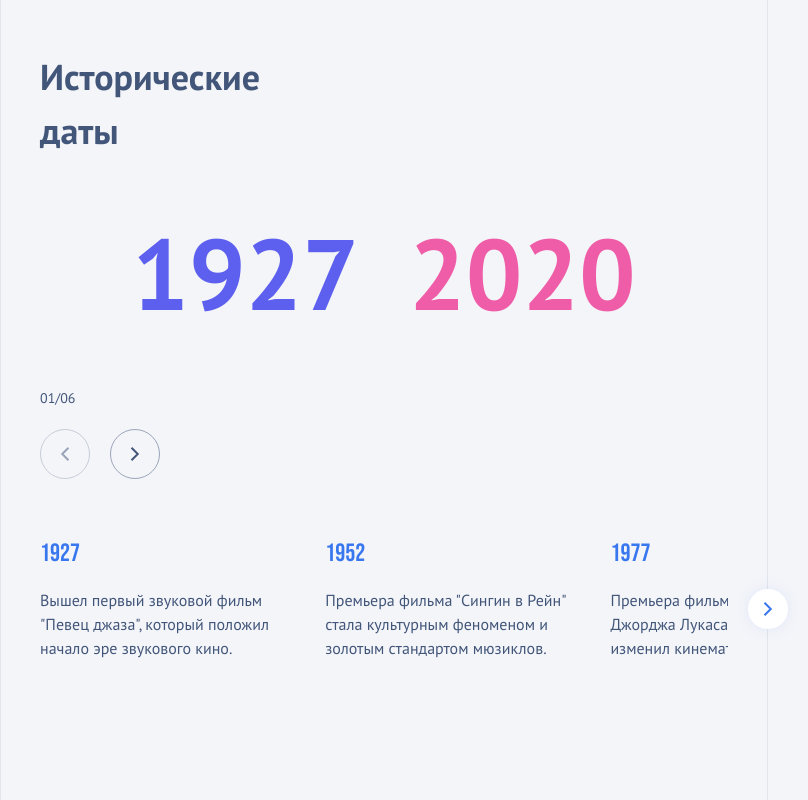
Repository: LenarTulupov/only
Page: /
These files come from the project's save history. The page is drawn as it stood at one moment and after the next save; the edit follows.
The browser window is 768 px wide. The page is 788 px wide, then 808 px, then 788 px, so the pictures cover 808 px, including what lies to the right of the window. The pictures show the whole page.
The project was rebuilt for these pictures with package versions that can differ from the ones it lists, and the page was loaded fresh each time.

Above is the page before, as saved 2024-12-19 02:14:43.

### public/index.html
<!DOCTYPE html>
<html lang="en">
  <head>
    <meta charset="utf-8" />
    <link rel="icon" href="%PUBLIC_URL%/favicon.ico" />
    <meta name="viewport" content="width=device-width, initial-scale=1" />
    <meta name="theme-color" content="#000000" />
    <meta
      name="description"
      content="Web site created using create-react-app"
    />
    <link rel="apple-touch-icon" href="%PUBLIC_URL%/logo192.png" />
    <link rel="manifest" href="%PUBLIC_URL%/manifest.json" />
    <title>Only Test</title>
  </head>
  <body>
    <noscript>You need to enable JavaScript to run this app.</noscript>
    <div id="root"></div>
  </body>
</html>

### src/index.tsx
import React from 'react';
import ReactDOM from 'react-dom/client';
import Router from './router/router';
import './globals.scss'

const root = ReactDOM.createRoot(
  document.getElementById('root') as HTMLElement
);
root.render(
  <React.StrictMode>
    <Router />
  </React.StrictMode>
);

### src/router/router.tsx
import { BrowserRouter, Route, Routes } from "react-router-dom";
import HomePage from "../pages/home/page";
import PagesLayout from "../layouts/pages-layout";

export default function Router() {
  return (
    <BrowserRouter>
      <Routes>
        <Route element={<PagesLayout />}>
          <Route path="/" element={<HomePage />} />
        </Route>
      </Routes>
    </BrowserRouter>
  )
};

### src/globals.scss
@import url('https://fonts.googleapis.com/css2?family=Bebas+Neue&family=PT+Sans:wght@400;700&display=swap');

:root {
  --background-color: #F4F5F9;
  --main-color: #42567a;
  --main-color-rgba: rgba(66, 86, 122, 0.5);
  --accent-color: #5D5FEF;
  --light-accent-color: #3877EE;
  --accent-second: #EF5DA8;
  --font-main: "PT Sans", serif;
  --font-second: "Bebas Neue", serif;
  --line-height: 150%;
  --font-size-main: 56px;
  --font-size-small: 14px;
  --font-size-big: 200px;
}
body {
  margin: 0;
  padding: 0;
  background-color: var(--background-color);
  color: var(--black-color);
  font-family: var(--font-main);
  line-height: var(--line-height);
}
ul {
  padding: 0;
  margin: 0;
}

li {
  list-style-type: none;
}

a {
  color: var(--black-color);
  text-decoration: none;
}

h1 {
  margin: 0;
}

### src/pages/home/page.tsx
import Container from "../../components/ui/container/container";
import Divider from "../../components/ui/divider/divider";
import HistorySection from "./history/history";
import styles from './page.module.scss';

export default function HomePage() {
  return (
    <div className={styles['home-page']}>
      <Container>
        <div className={styles['home-page__wrapper']}>
          <Divider
            position="vertical"
            className={styles.divider_vertical}
          />
          <HistorySection />
        </div>
      </Container>
    </div>
  )
};

### src/layouts/pages-layout.tsx
import { Outlet } from 'react-router-dom';
import styles from './pages-layout.module.scss';

export default function PagesLayout() {
  return (
    <div className={styles['pages-layout']}>
      <Outlet />
    </div>
  )
};

### src/components/ui/container/container.tsx
import { ReactNode } from "react"
import styles from './container.module.scss';

interface IContainer {
  children: ReactNode;
}

export default function Container({ children }: IContainer) {
  return (
    <div className={styles.container}>
      {children}
    </div>
  )
};

### src/components/ui/divider/divider.tsx
import styles from './divider.module.scss';

interface IDivider {
  position?: 'horizontal' | 'vertical';
  className?: string;
}

export default function Divider({
  position = 'horizontal', className }: IDivider) {
  return <div className={`
    ${styles.divider}
    ${styles[`divider_${position}`]}
    ${className || ''}
  `}/>
};

### src/pages/home/history/history.tsx
import { useState } from "react";
import Title from "../../../components/ui/title/title";
import { circleItems } from "../../../constants/circle-items";
import Circle from "./circle/circle";
import styles from './history.module.scss';
import StepNavigation from "./step-navigation/step-navigation";
import ContentContainer from "../../../components/ui/content-container/content-container";
import Divider from "../../../components/ui/divider/divider";
import Dates from "./dates/dates";
import HistorySlider from "./history-slider/history-slider";

export default function HistorySection() {
  const [activeButton, setActiveButton] = useState<number>(1);
  const activeCategory = circleItems.find((item) => item.id === activeButton);
  const firstDate = activeCategory?.events[0]?.year;
  const lastDate = activeCategory?.events.at(-1)?.year;
  return (
    <section className={styles.history}>
      <Title className={styles.history__title} showBefore>
        Исторические даты
      </Title>
      <div className={styles['history__circle-wrapper']}>
        <Circle
          className={styles.history__circle}
          activeButton={activeButton}
          setActiveButton={setActiveButton}
        />
        <Divider
          position="horizontal"
          className={styles['history__line-center']}
        />
        <Dates
          className={styles.history__dates}
          firstDate={firstDate}
          lastDate={lastDate}
        />
      </div>
      <ContentContainer>
        <StepNavigation
          activeButton={activeButton}
          setActiveButton={setActiveButton}
        />
        <HistorySlider
          activeCategory={activeCategory}
        />
      </ContentContainer>
    </section>
  )
};

### src/pages/home/page.module.scss
.home-page {
  &__wrapper {
    position: relative;
    min-height: 100vh;
    .divider_vertical {
      position: absolute;
      top: 0;
      left: 50%;
      transform: translateX(-50%);
      z-index: -10;
    }
  }

  &__wrapper::before {
    content: "";
    position: absolute;
    top: 0;
    bottom: 0;
    left: 0;
    width: 1px;
    background-color: var(--main-color);
    opacity: 0.1;
  }

  &__wrapper::after {
    content: "";
    position: absolute;
    top: 0;
    bottom: 0;
    right: 0;
    width: 1px;
    background-color: var(--main-color);
    opacity: 0.1;
  }
}
@media(max-width: 768px) {
  .divider_vertical {
    display: none;
  }
}

### src/components/ui/container/container.module.scss
.container {
  max-width: 1440px;
  margin: 0 auto;
}

### src/components/ui/divider/divider.module.scss
.divider {
  background-color: var(--main-color);
  opacity: 0.1;
  &_horizontal {
    width: 100%;
    height: 1px;
  }
  &_vertical {
    width: 1px;
    height: 100%;
  }
}

### src/components/ui/title/title.tsx
import { ReactNode } from 'react';
import styles from './title.module.scss';

interface ITitle {
  children: ReactNode;
  className?: string;
  color?: 'main' | 'blue' | 'light-blue' | 'pink';
  size?: 'main' | 'small'| 'big';
  showBefore?: boolean;
}

export default function Title({
  children,
  className,
  color = 'main',
  size = 'main',
  showBefore = false }: ITitle) {
  return (
    <h1
      className={`
        ${styles.title}
        ${className || ''}
        ${styles[`title__color-${color}`]}
        ${styles[`title__size-${size}`]}
        ${showBefore ? styles['title_before'] : ''}
      `}>
      {children}
    </h1>
  )
};

### src/pages/home/history/circle/circle.tsx
import { useEffect, useRef, Dispatch, SetStateAction } from 'react';
import { gsap } from 'gsap';
import { circleItems } from '../../../../constants/circle-items';
import styles from './circle.module.scss';

interface ICircle {
  className?: string;
  activeButton: number;
  setActiveButton: Dispatch<SetStateAction<number>>;
}

export default function Circle({
  className,
  activeButton,
  setActiveButton }: ICircle) {
  const circleRef = useRef<HTMLDivElement>(null);
  const buttonsRef = useRef<HTMLDivElement[]>([]);

  const handleActiveButton = (btnId: number) => {
    setActiveButton(btnId);
  };

  useEffect(() => {
    const rotationAngle = (1 - activeButton) * 60;
    gsap.to(circleRef.current, {
      rotate: rotationAngle,
      duration: 0.5,
      ease: 'power2.out',
    });

    buttonsRef.current.forEach((btn) => {
      let buttonRotation = 0;

      switch (activeButton) {
        case 2:
          buttonRotation = 60;
          break;
        case 3:
          buttonRotation = 120;
          break;
        case 4:
          buttonRotation = 180;
          break;
        case 5:
          buttonRotation = 240;
          break;
        case 6:
          buttonRotation = 300;
          break;
        default:
          buttonRotation = 0;
          break;
      }

      gsap.to(btn, {
        rotate: buttonRotation,
        duration: 0.5,
        ease: 'power2.out',
      });
    });
  }, [activeButton]);

  return (
    <div ref={circleRef} className={`${styles.circle} ${className || ''}`}>
      {circleItems.map((item, index) => {
        const btnId = index + 1;
        return (
          <div
            key={btnId}
            ref={(el) => (buttonsRef.current[index] = el!)}
            className={`
                ${styles[`circle__btn-${btnId}`]}
                ${styles.circle__btn}
                ${activeButton === btnId ? styles.active : ''}
              `}
            onClick={() => handleActiveButton(btnId)}
          >
            {btnId}
            <span
              className={`
                  ${styles['sub-title']}
                  ${activeButton === btnId ? styles.active : ''}
                `}
            >
              {item.category}
            </span>
          </div>
        );
      })}
    </div>
  );
}

### src/pages/home/history/history.module.scss
.history {
  padding: 50px 0;
  &__title {
    padding-left: 78px;
    width: 353px;
  }
  &__circle-wrapper {
    position: relative;
  }
  &__circle {
    margin: 0 auto;
  }
  &__line-center {
    position: absolute;
    top: 50%;
    left: 0;
    transform: translateY(-50%);
    z-index: -10;
  }
}
@media (max-width: 1100px) {
  .history__dates {
    font-size: 150px;
    gap: 190px !important;
  }
}
@media (max-width: 992px) {
  .history {
    &__title {
      font-size: 46px;
      padding-left: 40px;
    }
  }
}
@media (max-width: 900px) {
  .history__dates {
    font-size: 120px;
  }
}
@media (max-width: 768px) {
  .history {
    &__title {
      font-size: 36px;
      width: 230px;
    }
    &__circle {
      display: none;
    }
    &__circle-wrapper {
      margin: 40px 0;
    }
    &__dates {
      justify-content: center;
      font-size: 100px;
      position: static !important;
      gap: 50px !important;
      transform: translate(0) !important;
      text-align: center;
    }
    &__line-center {
      display: none;
    }
  }
}
@media(max-width: 568px) {
  .history__dates {
    font-size: 80px;
  }
}

### src/pages/home/history/step-navigation/step-navigation.tsx
import { Dispatch, SetStateAction } from "react";
import NavigationButtons from "./navigation-buttons/navigation-buttons";
import SliderStep from "./slider-step/slider-step";
import styles from './step-navigation.module.scss';

interface IStepNavigation {
  className?: string;
  activeButton: number;
  setActiveButton: Dispatch<SetStateAction<number>>;
}

export default function StepNavigation({
  className,
  activeButton,
  setActiveButton }: IStepNavigation) {

    const handleNext = () => {
      setActiveButton((p) => (p < 6 ? p + 1 : 1));
    };

    const handlePrev = () => {
      setActiveButton((p) => (p > 1 ? p - 1 : 6));
    };

    return (
      <div className={`${styles['step-navigation']} ${className || ''}`}>
        <SliderStep activeButton={activeButton} />
        <NavigationButtons
          handleNext={handleNext}
          handlePrev={handlePrev}
          isBeginning={activeButton === 1}
          isEnd={activeButton === 6}
        />
      </div>
    );
};

### src/components/ui/content-container/content-container.tsx
import { ReactNode } from 'react';
import styles from './content-container.module.scss';

interface IContentContainer {
  children: ReactNode;
  className?: string;
}

export default function ContentContainer({
  children, className }: IContentContainer) {
  return (
    <div className={`${styles['content-container']} ${className || ''}`}>
      {children}
    </div>
  )
};

### src/pages/home/history/dates/dates.tsx
import { useEffect, useState } from 'react';
import Title from '../../../../components/ui/title/title';
import styles from './dates.module.scss';

interface IDates {
  className?: string;
  firstDate: string;
  lastDate: string;
}

export default function Dates({ className, firstDate, lastDate }: IDates) {
  const [currentFirstDate, setCurrentFirstDate] = useState(Number(firstDate));
  const [currentLastDate, setCurrentLastDate] = useState(Number(lastDate));

  useEffect(() => {
    const animateNumber = (
      from: number,
      to: number,
      setNumber: React.Dispatch<React.SetStateAction<number>>
    ) => {
      const stepTime = 20;
      const steps = 50;
      const delta = (to - from) / steps;

      let currentStep = 0;
      const interval = setInterval(() => {
        currentStep += 1;
        const nextValue = from + delta * currentStep;
        setNumber(Math.round(nextValue));

        if (currentStep >= steps) {
          clearInterval(interval);
          setNumber(to);
        }
      }, stepTime);
    };

    animateNumber(Number(currentFirstDate), Number(firstDate), setCurrentFirstDate);
    animateNumber(Number(currentLastDate), Number(lastDate), setCurrentLastDate);
  }, [firstDate, lastDate]);
  return (
    <div className={`${styles.dates} ${className || ''}`}>
      <Title className={className} color='blue' size='big'>{currentFirstDate}</Title>
      <Title className={className} color='pink' size='big'>{currentLastDate}</Title>
    </div>
  )
};

### src/components/ui/title/title.module.scss
.title {
  line-height: 150%;
  position: relative;
  &::before {
    content: "";
    position: absolute;
    top: 50%;
    transform: translateY(-50%);
    left: 0;
    height: 120px;
    width: 6px;
    background: linear-gradient(to bottom, var(--accent-color) 0%, var(--accent-second) 100%);
    visibility: hidden;
  }
  &.title_before::before {
    visibility: visible;
    @media(max-width: 768px) {
      visibility: hidden;
    }
  }
  &__color-main {
    color: var(--main-color);
  }

  &__color-blue {
    color: var(--accent-color);
  }
  &__color-light-blue {
    color: var(--light-accent-color);
  }

  &__color-pink {
    color: var(--accent-second);
  }

  &__size-main {
    font-size: var(--font-size-main);
  }
  &__size-small {
    font-size: var(--font-size-small);
  }

  &__size-big {
    font-size: var(--font-size-big);
  }
}

### src/pages/home/history/circle/circle.module.scss
.circle {
  position: relative;
  width: 530px;
  height: 530px;
  border: 1px solid rgba(66, 86, 122, 0.1);
  border-radius: 100%;
  display: flex;
  justify-content: center;
  align-items: center;
  transform-origin: center;
}

.circle__btn {
  position: absolute;
  display: flex;
  align-items: center;
  justify-content: center;
  width: 6px;
  height: 6px;
  border: none;
  background-color: var(--main-color);
  border-radius: 100%;
  color: var(--main-color);
  line-height: 30px;
  font-size: 0;
  cursor: pointer;
  transition: width 0.3s ease-in-out, height 0.3s ease-in-out, font-size 0.3s ease-in-out;
}

.circle__btn::before {
  content: "";
  position: absolute;
  top: 50%;
  left: 50%;
  transform: translate(-50%, -50%);
  width: 25px;
  height: 25px;
  border-radius: 100%;
  background: transparent;
}

.sub-title {
  position: absolute;
  top: 50%;
  left: 0;
  transform: translateY(-50%);
  margin-left: 76px;
  font-weight: bold;
  opacity: 0;
  transition: opacity 0.3s ease-in-out;
}

.sub-title.active {
  opacity: 1;
}

.circle__btn:hover,
.circle__btn.active {
  width: 56px;
  height: 56px;
  font-size: 16px;
  background-color: #f4f5f9;
  outline: 1px solid rgba(48, 62, 88, 0.5);
}

.circle__btn-1 {
  transform: rotate(300deg) translateX(265px) rotate(-300deg);
}
.circle__btn-2 {
  transform: rotate(0deg) translateX(265px) rotate(0deg);
}
.circle__btn-3 {
  transform: rotate(60deg) translateX(265px) rotate(-60deg);
}
.circle__btn-4 {
  transform: rotate(120deg) translateX(265px) rotate(-120deg);
}
.circle__btn-5 {
  transform: rotate(180deg) translateX(265px) rotate(-180deg);
}
.circle__btn-6 {
  transform: rotate(240deg) translateX(265px) rotate(-240deg);
}

### src/pages/home/history/step-navigation/navigation-buttons/navigation-buttons.tsx
import ArrowButton from '../../../../../components/ui/arrow-button/arrow-button';
import styles from './navigation-buttons.module.scss';

interface INavigationButtons {
  handleNext: () => void;
  handlePrev: () => void;
  isBeginning: boolean;
  isEnd: boolean;
}

export default function NavigationButtons({
  handleNext,
  handlePrev,
  isBeginning,
  isEnd }: INavigationButtons) {
  return (
    <div className={styles['navigation-buttons']}>
      <ArrowButton
        onClick={handlePrev}
        disabled={isBeginning}
      />
      <ArrowButton
        rotation='right'
        onClick={handleNext}
        disabled={isEnd}
      />
    </div>
  );
};

### src/pages/home/history/step-navigation/slider-step/slider-step.tsx
import Title from "../../../../../components/ui/title/title";
import styles from './slider-step.module.scss';

interface ISliderStep {
  activeButton: number;
}

export default function SliderStep({ activeButton }: ISliderStep) {
  return <Title size="small" className={styles.font}>0{activeButton}/06</Title>
};

### src/pages/home/history/step-navigation/step-navigation.module.scss
.step-navigation {
  display: flex;
  flex-direction: column;
  row-gap: 20px;
}

### src/components/ui/content-container/content-container.module.scss
.content-container {
  max-width: 1440px;
  margin: 0 auto;
  padding: 0 80px;
  @media(max-width: 768px) {
    padding: 0 40px;
  }
}

### src/pages/home/history/dates/dates.module.scss
.dates {
  position: absolute;
  top: 50%;
  left: 50%;
  transform: translate(-50%, -50%);
  display: flex;
  gap: 80px;
  z-index: -1;
}

### src/pages/home/history/history-slider/slider-content/slider-content.tsx
import Text from "../../../../../components/ui/text/text";
import Title from "../../../../../components/ui/title/title";
import styles from './slider-content.module.scss';

interface ISliderContent {
  year: string;
  text: string;
}

export default function SliderContent({ year, text }: ISliderContent) {
  return (
    <div className={styles['slider-content']}>
      <Title
        size="small"
        color="light-blue"
        className={styles['slider-content__title']}
      >
        {year}
      </Title>
      <Text text={text} />
    </div>
  )
};

### src/components/ui/arrow-button/arrow-button.tsx
import styles from './arrow-button.module.scss';

interface IArrowButton {
  rotation?: 'left' | 'right'
  onClick?: () => void;
  slider?: boolean;
  disabled?: boolean;
  className?: string;
}

export default function ArrowButton({
  rotation,
  onClick,
  slider = false,
  disabled = false,
  className}: IArrowButton) {
  return (
    <button
      className={`
        ${styles['arrow-button']}
        ${styles[rotation]}
        ${slider ? styles['arrow-button_slider'] : ''}
        ${className || ''}
        ${disabled ? styles.disabled : ''}
      `}
      onClick={onClick}
      disabled={disabled}
    >
      <svg width="10" height="14" viewBox="0 0 10 14" fill="none" xmlns="http://www.w3.org/2000/svg">
        <path d="M8.49988 0.750001L2.24988 7L8.49988 13.25" stroke="#42567A" stroke-width="2" />
      </svg>
    </button>
  )
};

### src/pages/home/history/history-slider/history-slider.module.scss
.history-slider {
  position: relative;
  margin-top: 56px;
}
.next {
  position: absolute;
  top: 50%;
  transform: translateY(-50%);
  right: -60px;
  z-index: 10;
}
.prev {
  position: absolute;
  top: 50%;
  transform: translateY(-50%);
  left: -60px;
  z-index: 10;
}

.fade-out {
  opacity: 0;
  transition: opacity 0.5s ease;
}
.fade-in {
  opacity: 1;
  transition: opacity 0.5s ease;
}

### src/pages/home/history/step-navigation/navigation-buttons/navigation-buttons.module.scss
.navigation-buttons {
  display: flex;
  column-gap: 20px;
}
.disabled {
  opacity: .5;
  cursor: auto;
}

### src/pages/home/history/step-navigation/slider-step/slider-step.module.scss
.font {
  font-weight: 400;
}

### src/components/ui/text/text.tsx
import styles from './text.module.scss';

interface IText {
  text: string;
}

export default function Text({ text }: IText) {
  return (
    <div className={styles.text}>
        { text }
    </div>
  )
};

### src/pages/home/history/history-slider/slider-content/slider-content.module.scss
.slider-content {
  display: flex;
  flex-direction: column;
  row-gap: 15px;
  cursor: grabbing;
  &__title {
    font-family: var(--font-second);
    font-weight: 400;
    font-size: 25px;
  }
}

### src/components/ui/arrow-button/arrow-button.module.scss
.arrow-button {
  width: 50px;
  height: 50px;
  display: flex;
  align-items: center;
  justify-content: center;
  border: 1px solid var(--main-color-rgba);
  background-color: transparent;
  border-radius: 100%;
  cursor: pointer;
}
.arrow-button_slider {
  width: 40px;
  height: 40px;
  background-color: #fff;
  border: none;
  box-shadow: 0 0 15px 0 rgba(56, 119, 238, 0.1);
  svg path {
    stroke: var(--light-accent-color);
  }
}
.left {
  transform: rotate(0deg);
}
.right {
  transform: rotate(180deg);
}
.disabled {
  opacity: .5;
  cursor: auto;
}

### src/components/ui/text/text.module.scss
.text {
  color: var(--main-color);
}

Loaded but not shown: src/constants/circle-items.ts (122 lines, source omitted); src/pages/home/history/history-slider/history-slider.tsx (126 lines, source omitted); src/layouts/pages-layout.module.scss (no stored copy; drawn as an empty file)

After the next save:
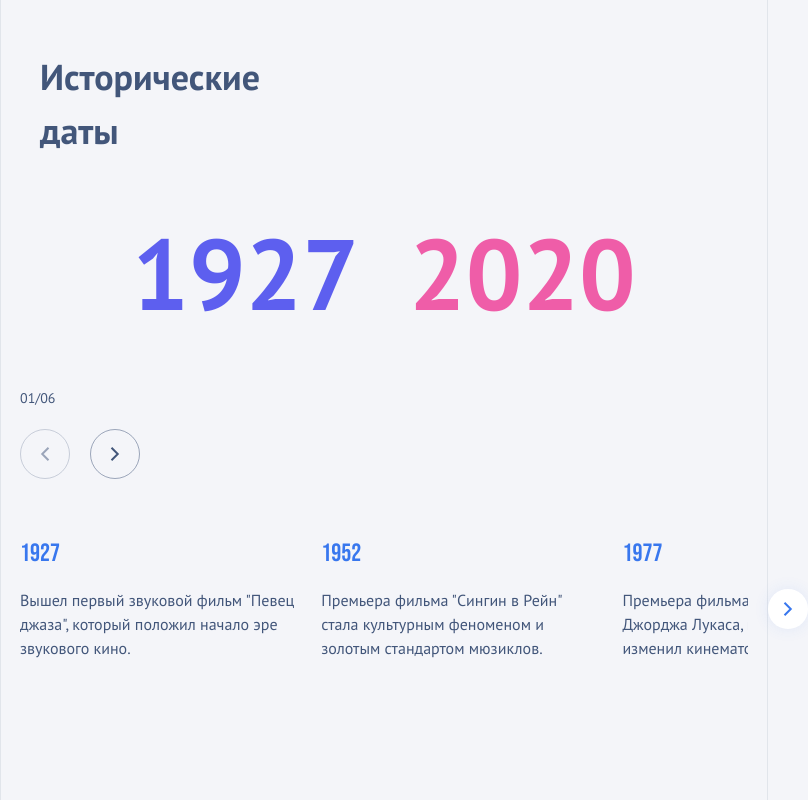
Saved 59 s later.
--- a/src/components/ui/content-container/content-container.module.scss
+++ b/src/components/ui/content-container/content-container.module.scss
@@ -3,6 +3,6 @@
   margin: 0 auto;
   padding: 0 80px;
   @media(max-width: 768px) {
-    padding: 0 40px;
+    padding: 0 20px;
   }
 }

After the save that followed:
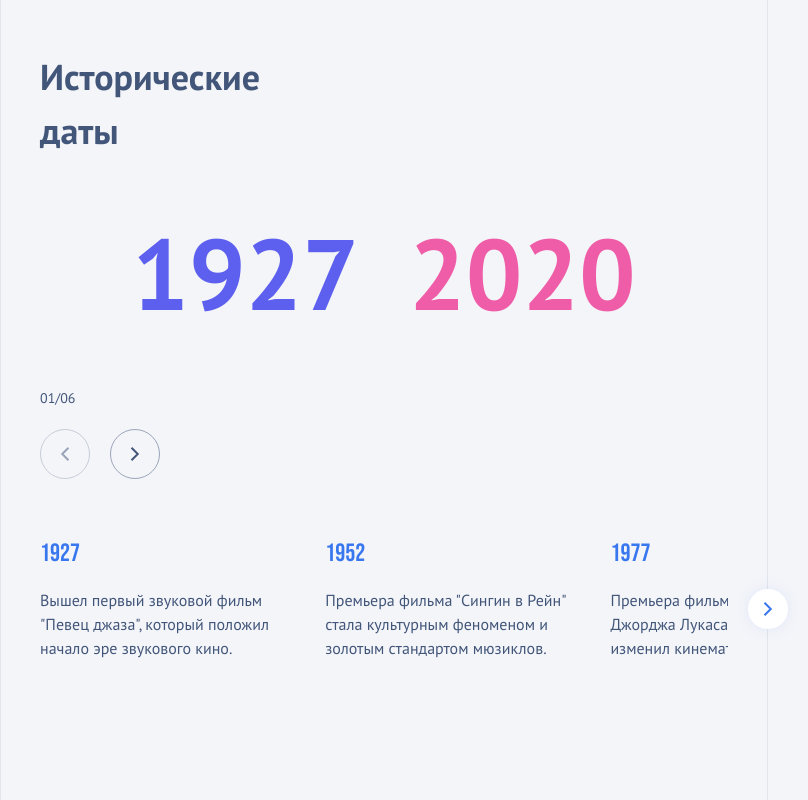
Saved 61 s later.
--- a/src/components/ui/content-container/content-container.module.scss
+++ b/src/components/ui/content-container/content-container.module.scss
@@ -3,6 +3,6 @@
   margin: 0 auto;
   padding: 0 80px;
   @media(max-width: 768px) {
-    padding: 0 20px;
+    padding: 0 40px;
   }
 }
